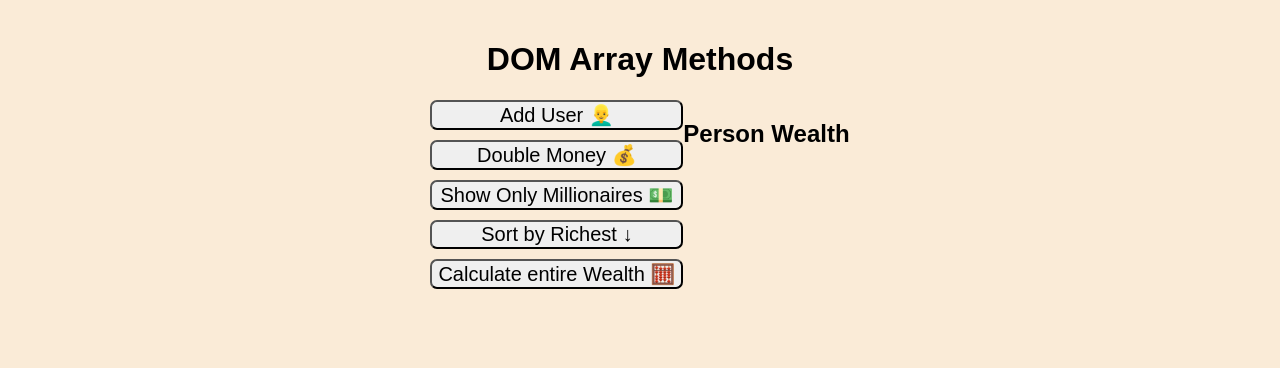
Repository: AbrorjonKuchkarov/DOM-Array-Methods
Page: index.html
These files come from the project's save history. The page is drawn as it stood at one moment and after the next save; the edit follows.
The browser window is 1280 px wide. The pictures show the whole page.

Above is the page before, as saved 2022-02-24 15:37:07.

### index.html
<!DOCTYPE html>
<html lang="en">
<head>
   <meta charset="UTF-8">
   <meta http-equiv="X-UA-Compatible" content="IE=edge">
   <meta name="viewport" content="width=device-width, initial-scale=1.0">
   <link rel="stylesheet" href="style.css">
   <title>DOM Array Methods</title>
</head>
<body>
   <h1>DOM Array Methods</h1>
      <div class="container">
         <aside class="btns">
            <button id="add-user">Add User 👱‍♂️</button>
            <button id="double">Double Money 💰</button>
            <button id="show-millionaires">Show Only Millionaires 💵</button>
            <button id="sort">Sort by Richest ↓</button>
            <button id="calculate-wealth">Calculate entire Wealth 🧮</button>
         </aside>

         <main id="main">
            <h2><strong>Person</strong> Wealth</h2>
         </main>


      </div>



   <script src="app.js"></script>
</body>
</html>

### style.css
*{
   box-sizing: border-box;
}

body{
   margin: 0;
   padding: 20px;
   display: flex;
   flex-direction: column;
   align-items: center;
   height: 100vh;
   font-family: Arial, Helvetica, sans-serif;
   background-color: antiquewhite;
}

.container{
   display: flex;

}

button {
   display: block;
   width: 100%;
   font-size: 20px;
   margin-bottom: 10px;
   border-radius: 7px;
}

Loaded but not shown: app.js (no copy from this time; the picture is the same without it)

After the next save:
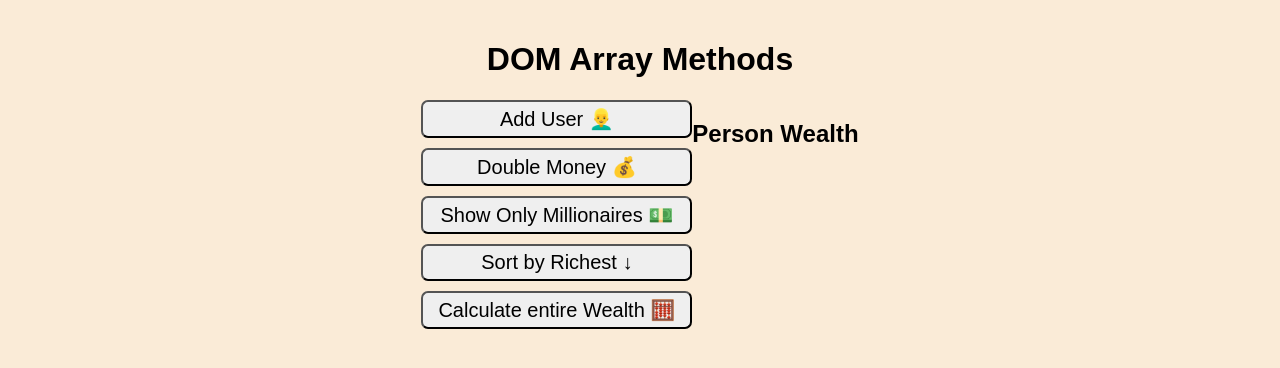
Saved 22 s later.
--- a/style.css
+++ b/style.css
@@ -24,4 +24,6 @@ button {
    font-size: 20px;
    margin-bottom: 10px;
    border-radius: 7px;
+   outline: none;
+   padding: 5px 15px;
 }
